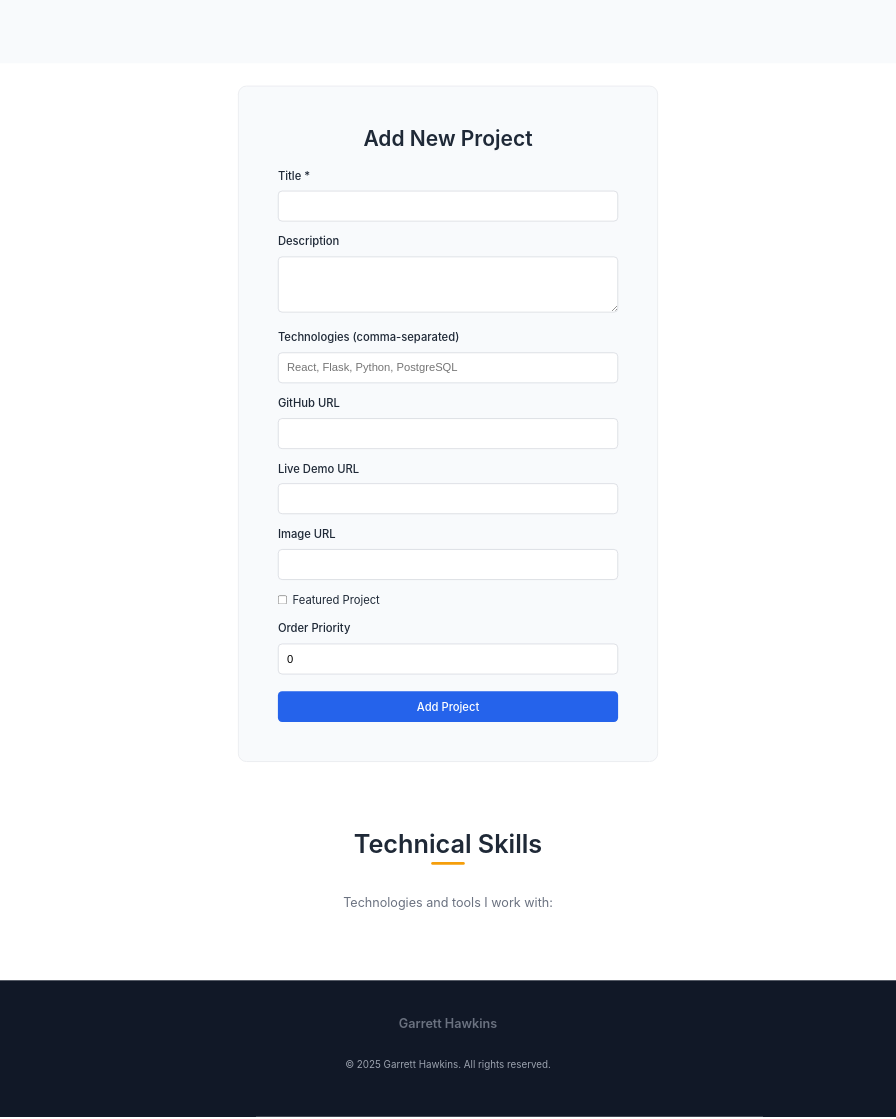
Repository: Hawk-PDX/project-dev-resume
Page: /
The author's editor kept a copy of each file at every save. The page is drawn from the files as they stood at one save, then again after the next save.
The browser window is 1280 px wide. The pictures show the part of the page from y = 1459 to 3379 px (the page is 3057 px tall before and 3379 px after), at 70% of full size.
The page's requests for data from a server got no answer. The project was rebuilt for these pictures with package versions that can differ from the ones it lists, and the page was loaded fresh each time. No one was signed in, and anything a server would have sent is missing. Also part of the build but not shown: vite.config.js, src/components/ConfirmationModal.jsx, src/components/CertificateCard.jsx, src/utils/validation.js, src/components/AddCertificate.jsx.

Above is the page before, as saved 2025-09-09 17:08:54.

### index.html
<!doctype html>
<html lang="en">
  <head>
    <meta charset="UTF-8" />
    <link rel="icon" type="image/svg+xml" href="/vite.svg" />
    <meta name="viewport" content="width=device-width, initial-scale=1.0" />
    <title>FS Developer Portfolio</title>
  </head>
  <body>
    <div id="root"></div>
    <script type="module" src="/src/main.jsx"></script>
  </body>
</html>

### src/index.css
:root {
  font-family: Monaco, monospace;
  line-height: 1.5;
  font-weight: 400;

  color-scheme: light dark;
  color: rgba(255, 255, 255, 0.87);
  background-color: #242424;

  font-synthesis: none;
  text-rendering: optimizeLegibility;
  -webkit-font-smoothing: antialiased;
  -moz-osx-font-smoothing: grayscale;

  --text-color: #646cff; /* Link color */
  --primary-color: goldenrod; /* Color for hover effects */
  --background-color: rgba(255, 255, 255, 0.87); /* Background color for nav */
  --border-color: #ccc; /* Border color */
}



a {
  font-weight: 500;
  color: #646cff;
  margin: 3px;
  padding: 3px;
}
a:hover {
  color: goldenrod;
}

body {
  margin: 0;
  min-width: 320px;
  min-height: 100vh;
}

nav a{
  color: #646cff;
  background-color: rgba(255, 255, 255, 0.87);
}


h1 {
  font-size: 3.2em;
  line-height: 1.1;
}

button {
  border-radius: 8px;
  border: 1px solid transparent;
  padding: 0.6em 1.2em;
  font-size: 1em;
  font-weight: 500;
  font-family: inherit;
  background-color: #1a1a1a;
  cursor: pointer;
  transition: border-color 0.25s;
}
button:hover {
  border-color: goldenrod;
  color: goldenrod;
}
button:focus,
button:focus-visible {
  outline: 4px auto -webkit-focus-ring-color;
}

@media (prefers-color-scheme: light) {
  :root {
    color: #213547;
    background-color: #ffffff;
  }
  a:hover {
    color: goldenrod;
  }
  button {
    background-color: #f9f9f9;
  }
}

### src/App.jsx
import React, { useRef, useState } from 'react';
import Navbar from './components/Navbar';
import Hero from './components/Hero';
import About from './components/About';
import Projects from './components/Projects';
import AddProject from './components/AddProject';
import Skills from './components/Skills';
import Certificates from './components/Certificates';
import Footer from './components/Footer';
import './styles.css';

/**
 * Main application component that orchestrates the portfolio layout
 * and manages state for project editing and refresh functionality
 */
function App() {
  // Ref to access the Projects component's refresh method
  const projectsRefreshRef = useRef(null);

  // State to track which project is being edited (if any)
  const [editProject, setEditProject] = useState(null);

  /**
   * Handle project addition success - refresh projects list and clear edit mode
   */
  const handleProjectAdded = () => {
    if (projectsRefreshRef.current && projectsRefreshRef.current.refresh) {
      projectsRefreshRef.current.refresh();
    }
    setEditProject(null); // Clear edit mode after successful operation
  };

  /**
   * Handle project edit initiation - set the project to edit and scroll to form
   * @param {Object} project - The project object to edit
   */
  const handleEditProject = (project) => {
    setEditProject(project);
    // Scroll to the AddProject section for better UX
    document.getElementById('add-project')?.scrollIntoView({ behavior: 'smooth' });
  };

  /**
   * Handle canceling project edit - clear the edit state
   */
  const handleCancelEdit = () => {
    setEditProject(null);
  };

  return (
    <div className="App">
      <Navbar />
      <main style={{ paddingTop: '4rem' }}>
        <Hero />
        <About />
        <Projects ref={projectsRefreshRef} onEditProject={handleEditProject} />
        <div id="add-project">
          <AddProject
            onProjectAdded={handleProjectAdded}
            editProject={editProject}
            onCancelEdit={handleCancelEdit}
          />
        </div>
        <Skills />
      </main>
      <Footer />
    </div>
  );
}

export default App;

### src/components/Navbar.jsx
import React, { useState, useEffect } from 'react';

const Navbar = () => {
  const [isOpen, setIsOpen] = useState(false);
  const [isMobile, setIsMobile] = useState(false);

  const navigation = [
    { name: 'About', href: '#about' },
    { name: 'Projects', href: '#projects' },
    { name: 'Skills', href: '#skills' },
    { name: 'Contact', href: '#contact' },
  ];

  useEffect(() => {
    const checkMobile = () => {
      setIsMobile(window.innerWidth <= 768);
    };

    checkMobile();
    window.addEventListener('resize', checkMobile);

    return () => window.removeEventListener('resize', checkMobile);
  }, []);

  return (
    <nav style={{
      position: 'fixed',
      top: 0,
      left: 0,
      right: 0,
      zIndex: 50,
      backgroundColor: 'rgba(255, 255, 255, 0.95)',
      backdropFilter: 'blur(10px)',
      borderBottom: '1px solid var(--border-color)',
      padding: '25px',
    }}>
      <div className="max-w-7xl mx-auto px-4 sm:px-6 lg:px-8">
        <div style={{
          display: 'flex',
          justifyContent: 'space-between',
          alignItems: 'center',
          height: '4rem'
        }}>
          <div>
            <span style={{
              fontSize: '1.5rem',
              fontWeight: 'bold',
              color: 'var(--primary-color)'
            }}>Portfolio</span>
          </div>

          {!isMobile && (
            <div>
              <div style={{
                display: 'flex',
                gap: '1rem',
                alignItems: 'center'
              }}>
                {navigation.map((item) => (
                  <a
                    key={item.name}
                    href={item.href}
                    style={{
                      color: 'var(--primary-color)', // Updated for better visibility
                      padding: '0.5rem 1rem',
                      borderRadius: '0.375rem',
                      textDecoration: 'none',
                      transition: 'color 0.2s ease'
                    }}
                    onMouseEnter={(e) => e.target.style.color = 'var(--accent-color)'}
                    onMouseLeave={(e) => e.target.style.color = 'var(--primary-color)'}
                  >
                    {item.name}
                  </a>
                ))}
              </div>
            </div>
          )}

          {isMobile && (
            <div>
              <button
                onClick={() => setIsOpen(!isOpen)}
                style={{
                  color: 'var(--text-color)',
                  padding: '0.5rem',
                  background: 'none',
                  border: 'none',
                  cursor: 'pointer',
                  fontSize: '1.25rem'
                }}
              >
                {isOpen ? '✕' : '☰'}
              </button>
            </div>
          )}
        </div>
      </div>

      {isOpen && isMobile && (
        <div style={{
          backgroundColor: 'var(--background-color)',
          borderBottom: '1px solid var(--border-color)'
        }}>
          <div style={{ padding: '1rem' }}>
            {navigation.map((item) => (
              <a
                key={item.name}
                href={item.href}
                style={{
                  color: 'var(--primary-color)', // Updated for better visibility
                  display: 'block',
                  padding: '0.75rem 1rem',
                  textDecoration: 'none',
                  transition: 'color 0.2s ease'
                }}
                onClick={() => setIsOpen(false)}
                onMouseEnter={(e) => e.target.style.color = 'var(--accent-color)'}
                onMouseLeave={(e) => e.target.style.color = 'var(--primary-color)'}
              >
                {item.name}
              </a>
            ))}
          </div>
        </div>
      )}
    </nav>
  );
};

export default Navbar;

### src/components/About.jsx
import React from 'react';
import { usePersonalInfo } from '../hooks/useData';

const About = () => {
  const { data: personalInfo, loading } = usePersonalInfo();

  if (loading) return <div className="py-20 text-center">Loading...</div>;

  return (
    <section id="about" className="section" style={{ backgroundColor: 'var(--background-color)' }}>
      <div className="container">
        <div className="text-center mb-8">
          <h2 className="section-title">About Me</h2>
        </div>

        <div style={{ maxWidth: '48rem', margin: '0 auto', textAlign: 'center' }}>
          <p style={{ fontSize: '1.125rem', color: 'var(--text-light)', lineHeight: '1.75' }}>
            {personalInfo?.summary || 'Full-stack developer passionate about creating innovative solutions while streamlining production, cutting back on "clutter" and maintaining a responsive, well-rounded, product.'}
          </p>

          <div style={{ marginTop: '2rem', display: 'grid', gridTemplateColumns: 'repeat(auto-fit, minmax(250px, 1fr))', gap: '1.5rem', textAlign: 'left' }}>
            <div>
              <h3 style={{ fontSize: '1.125rem', fontWeight: '600', color: 'var(--text-color)', marginBottom: '0.5rem' }}>Contact Information</h3>
              <div style={{ display: 'flex', flexDirection: 'column', gap: '0.5rem', color: 'var(--text-light)' }}>
                <p><strong>Email:</strong> {personalInfo?.email || 'hawkpdx@icloud.com'}</p>
                <p><strong>Location:</strong> {personalInfo?.location || 'Portland, Oregon'}</p>
                <p><strong>Phone:</strong> {personalInfo?.phone || '+1 (971) 438-6340'}</p>
              </div>
            </div>

            <div>
              <h3 style={{ fontSize: '1.125rem', fontWeight: '600', color: 'var(--text-color)', marginBottom: '0.5rem' }}>Connect With Me</h3>
              <div style={{ display: 'flex', flexDirection: 'column', gap: '0.5rem' }}>
                {personalInfo?.github && (
                  <a href={personalInfo.github} style={{ color: 'var(--primary-color)', display: 'block' }}>
                    GitHub
                  </a>
                )}
                {personalInfo?.linkedin && (
                  <a href={personalInfo.linkedin} style={{ color: 'var(--primary-color)', display: 'block' }}>
                    LinkedIn
                  </a>
                )}
                {personalInfo?.website && (
                  <a href={personalInfo.website} style={{ color: 'var(--primary-color)', display: 'block' }}>
                    Personal Website
                  </a>
                )}
              </div>
            </div>
          </div>
        </div>
      </div>
    </section>
  );
};

export default About;

### src/components/Skills.jsx
import React from 'react';
import { useSkills } from '../hooks/useData';

const Skills = () => {
  const { data: skills, loading } = useSkills();

  if (loading) return <div className="py-20 text-center">Loading skills...</div>;

  const skillCategories = Object.keys(skills);

  return (
    <section id="skills" className="section" style={{ backgroundColor: 'var(--background-color)' }}>
      <div className="container">
        <div className="text-center mb-8">
          <h2 className="section-title">Technical Skills</h2>
          <p style={{ fontSize: '1.125rem', color: 'var(--text-light)', maxWidth: '42rem', margin: '0 auto' }}>
            Technologies and tools I work with:
          </p>
        </div>

        <div style={{ display: 'grid', gridTemplateColumns: 'repeat(auto-fit, minmax(250px, 1fr))', gap: '2rem' }}>
          {skillCategories.map((category) => (
            <div key={category} className="card">
              <h3 style={{ fontSize: '1.125rem', fontWeight: '600', color: 'var(--text-color)', marginBottom: '1rem', textTransform: 'capitalize' }}>
                {category}
              </h3>
              <div style={{ display: 'flex', flexDirection: 'column', gap: '0.75rem' }}>
                {skills[category]?.map((skill) => (
                  <div key={skill.name}>
                    <div style={{ display: 'flex', justifyContent: 'space-between', fontSize: '0.875rem', marginBottom: '0.25rem' }}>
                      <span style={{ color: 'var(--text-color)' }}>{skill.name}</span>
                      <span style={{ color: 'var(--text-light)' }}>{skill.level}/5</span>
                    </div>
                    <div style={{ width: '100%', backgroundColor: 'var(--border-color)', borderRadius: '9999px', height: '0.5rem' }}>
                      <div
                        style={{ backgroundColor: 'var(--primary-color)', height: '0.5rem', borderRadius: '9999px', width: `${(skill.level / 5) * 100}%` }}
                      ></div>
                    </div>
                  </div>
                ))}
              </div>
            </div>
          ))}
        </div>
      </div>
    </section>
  );
};

export default Skills;

### src/components/Footer.jsx
import React from 'react';
import { usePersonalInfo } from '../hooks/useData';

const Footer = () => {
  const { data: personalInfo } = usePersonalInfo();

  return (
    <footer style={{ backgroundColor: '#111827', color: 'white', padding: '3rem 0' }}>
      <div className="container">
        <div style={{ textAlign: 'center' }}>
          <p style={{ fontSize: '1.125rem', fontWeight: '600', marginBottom: '1rem' }}>
            {personalInfo?.name || 'Garrett Hawkins'}
          </p>
          <div style={{ display: 'flex', justifyContent: 'center', gap: '1.5rem', marginBottom: '1rem' }}>
            {personalInfo?.email && (
              <a href={`mailto:${personalInfo.email}`} style={{ color: '#d1d5db' }}>
                {personalInfo.email}
            </a>
            )}
            {personalInfo?.phone && (
              <span style={{ color: '#d1d5db' }}>{personalInfo.phone}</span>
            )}
            {personalInfo?.linkedin && (
              <a href={personalInfo.linkedin} style={{ color: '#d1d5db' }}>
                LinkedIn
              </a>
            )}
            {personalInfo?.github && (
              <a href={personalInfo.github} style={{ color: '#d1d5db' }}>
                GitHub
              </a>
            )}
          </div>
          <p style={{ color: '#9ca3af', fontSize: '0.875rem' }}>
            © 2025 {personalInfo?.name || 'Garrett Hawkins'}. All rights reserved.
          </p>
        </div>
      </div>
    </footer>
  );
};

export default Footer;

### src/styles.css
/* Modern, professional color scheme */
:root {
  --primary-color: #2563eb;
  --secondary-color: #64748b;
  --accent-color: #f59e0b;
  --background-color: #ffffff;
  --text-color: #1f2937;
  --text-light: #6b7280;
  --border-color: #e5e7eb;
  --success-color: #10b981;
  --error-color: #ef4444;
  --card-bg: #f8fafc;
  --hover-color: #f1f5f9;
}

/* Dark mode support */
@media (prefers-color-scheme: dark) {
  :root {
    --background-color: #0f172a;
    --text-color: #f1f5f9;
    --text-light: #94a3b8;
    --border-color: #334155;
    --card-bg: #1e293b;
    --hover-color: #334155;
  }
}

/* Base styles */
* {
  margin: 0;
  padding: 0;
  box-sizing: border-box;
}

html {
  scroll-behavior: smooth;
}

body {
  font-family: 'Inter', system-ui, -apple-system, BlinkMacSystemFont, 'Segoe UI', Roboto, sans-serif;
  line-height: 1.6;
  color: var(--text-color);
  background-color: var(--background-color);
  -webkit-font-smoothing: antialiased;
  -moz-osx-font-smoothing: grayscale;
}

/* Typography */
h1, h2, h3, h4, h5, h6 {
  font-weight: 600;
  line-height: 1.2;
  margin-bottom: 1rem;
}

h1 {
  font-size: 3rem;
  font-weight: 700;
}

h2 {
  font-size: 2.25rem;
}

h3 {
  font-size: 1.875rem;
}

p {
  margin-bottom: 1rem;
  color: var(--text-light);
}

/* Links */
a {
  color: var(--primary-color);
  text-decoration: none;
  transition: color 0.2s ease;
}

a:hover {
  color: var(--accent-color);
}

/* Buttons */
.btn {
  display: inline-flex;
  align-items: center;
  justify-content: center;
  padding: 0.75rem 1.5rem;
  border-radius: 0.5rem;
  font-weight: 500;
  text-decoration: none;
  transition: all 0.2s ease;
  border: none;
  cursor: pointer;
  font-size: 1rem;
}

.btn-primary {
  background-color: var(--primary-color);
  color: white;
}

.btn-primary:hover {
  background-color: #1d4ed8;
  transform: translateY(-1px);
}

.btn-secondary {
  background-color: transparent;
  color: var(--primary-color);
  border: 2px solid var(--primary-color);
}

.btn-secondary:hover {
  background-color: var(--primary-color);
  color: white;
}

/* Container */
.container {
  max-width: 1200px;
  margin: 0 auto;
  padding: 0 1rem;
}

/* Section spacing */
.section {
  padding: 4rem 0;
}

.section-title {
  text-align: center;
  margin-bottom: 3rem;
  position: relative;
}

.section-title::after {
  content: '';
  position: absolute;
  bottom: -0.5rem;
  left: 50%;
  transform: translateX(-50%);
  width: 3rem;
  height: 0.25rem;
  background-color: var(--accent-color);
  border-radius: 0.125rem;
}

/* Card component */
.card {
  background: var(--card-bg);
  border-radius: 0.75rem;
  padding: 1.5rem;
  border: 1px solid var(--border-color);
  transition: transform 0.2s ease, box-shadow 0.2s ease;
}

.card:hover {
  transform: translateY(-2px);
  box-shadow: 0 10px 25px rgba(0, 0, 0, 0.1);
}

/* Utility classes */
.text-center {
  text-align: center;
}

.mb-1 { margin-bottom: 0.25rem; }
.mb-2 { margin-bottom: 0.5rem; }
.mb-4 { margin-bottom: 1rem; }
.mb-6 { margin-bottom: 1.5rem; }
.mb-8 { margin-bottom: 2rem; }

.mt-1 { margin-top: 0.25rem; }
.mt-2 { margin-top: 0.5rem; }
.mt-4 { margin-top: 1rem; }
.mt-6 { margin-top: 1.5rem; }
.mt-8 { margin-top: 2rem; }

/* Responsive design */
@media (max-width: 768px) {
  .container {
    padding: 0 0.5rem;
  }

  h1 {
    font-size: 2.25rem;
  }

  h2 {
    font-size: 1.875rem;
  }

  .section {
    padding: 2rem 0;
  }

  .btn {
    padding: 0.625rem 1.25rem;
    font-size: 0.875rem;
  }
}

### src/components/Certificates.jsx
import React from 'react';
import { useCertificates } from '../hooks/useData';
import CertificateCard from './CertificateCard';
import AddCertificate from './AddCertificate';

const Certificates = () => {
  const { data: certificates, loading, refresh } = useCertificates();

  if (loading) return <div className="py-20 text-center">Loading certificates...</div>;

  if (!certificates || certificates.length === 0) {
    return (
      <section id="certificates" className="section" style={{ backgroundColor: 'var(--background-color)' }}>
        <div className="container">
          <div className="text-center mb-8">
            <h2 className="section-title">Certificates</h2>
            <p style={{ fontSize: '1.125rem', color: 'var(--text-light)', maxWidth: '42rem', margin: '0 auto' }}>
              Professional certifications and credentials.
            </p>
          </div>
          <div className="text-center py-12">
            <p style={{ color: 'var(--text-light)' }}>No certificates to display.</p>
          </div>
        </div>
      </section>
    );
  }

  return (
    <section id="certificates" className="section" style={{ backgroundColor: 'var(--background-color)' }}>
      <div className="container">
        <div className="text-center mb-8">
          <h2 className="section-title">Certificates</h2>
          <p style={{ fontSize: '1.125rem', color: 'var(--text-light)', maxWidth: '42rem', margin: '0 auto' }}>
            Professional certifications and credentials that demonstrate my commitment to continuous learning.
          </p>
        </div>

        <AddCertificate onCertificateAdded={refresh} />

        <div style={{ display: 'grid', gridTemplateColumns: 'repeat(auto-fit, minmax(350px, 1fr))', gap: '2rem' }}>
          {certificates.map((certificate) => (
            <CertificateCard key={certificate.id} certificate={certificate} />
          ))}
        </div>
      </div>
    </section>
  );
};

export default Certificates;

Loaded but not shown: src/main.jsx (common file); src/hooks/useData.js (139 lines, source omitted); src/services/api.js (90 lines, source omitted); src/components/AddProject.jsx (310 lines, source omitted); src/components/Projects.jsx (192 lines, source omitted); src/components/Hero.jsx (106 lines, source omitted)

After the next save:
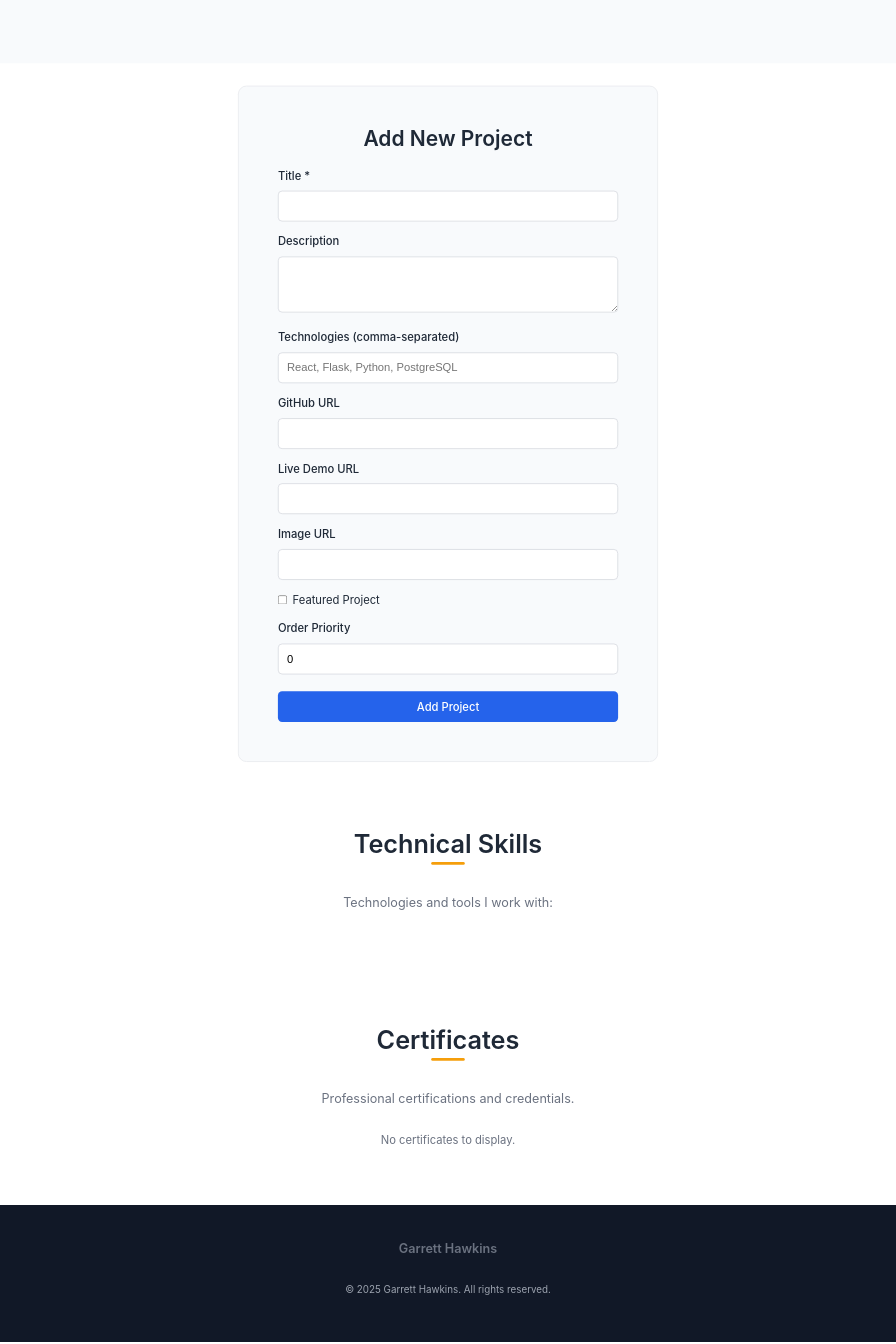
Saved 9 s later.
--- a/src/App.jsx
+++ b/src/App.jsx
@@ -62,6 +62,7 @@ function App() {
           />
         </div>
         <Skills />
+        <Certificates />
       </main>
       <Footer />
     </div>
